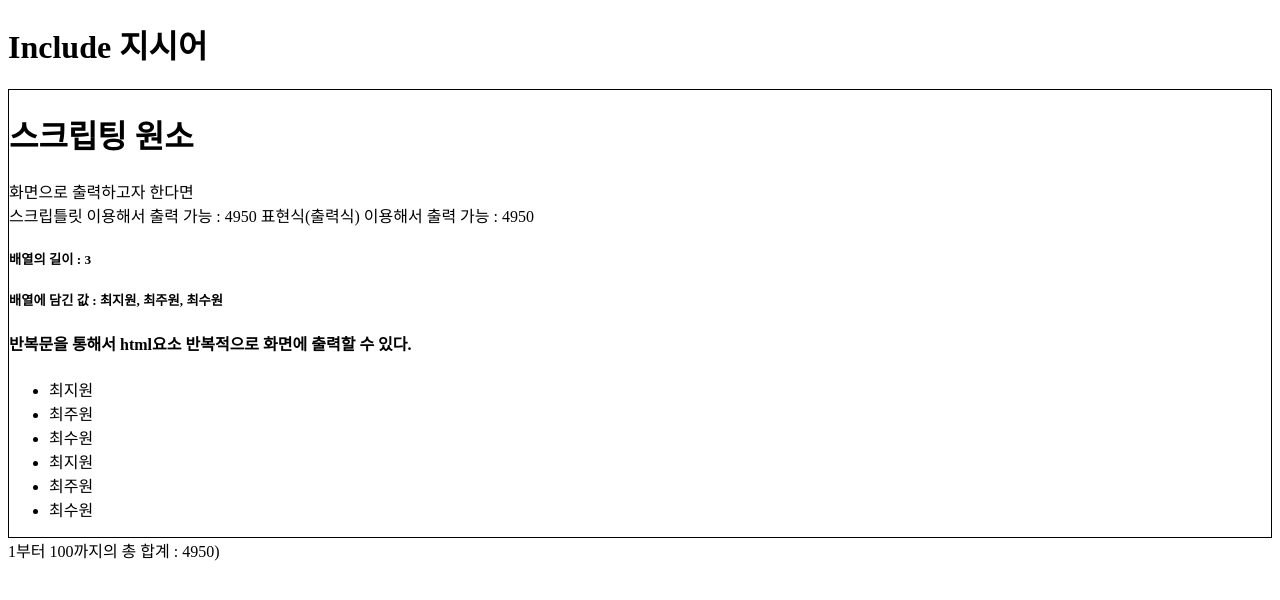
Repository: hyerangbi/Servlet
Page: http://localhost/JSP/views/03_directiveInclude.jsp
An editor plug-in stored every save of this project. The page is shown before and after the next save, followed by the edit.
The browser window is 1280 px wide. The pictures show the whole page.
The page is served by Tomcat 10. Other server files are loaded and not shown.

Above is the page before, as saved 2024-09-10 02:48:24.

### 7_JSP/JSP/src/main/webapp/views/03_directiveInclude.jsp
<%@ page language="java" contentType="text/html; charset=UTF-8"
    pageEncoding="UTF-8"%>
<!DOCTYPE html>
<html>
<head>
<meta charset="UTF-8">
<title>Insert title here</title>
</head>
<body>
	<h1>Include 지시어</h1>
	<div style="border:1px solid black">
		<%@ include file = "01_ScriptingElement.jsp" %>
	</div>

	1부터 100까지의 총 합계 : <%=sum %>)
</body>
</html>

### 7_JSP/JSP/src/main/webapp/views/01_ScriptingElement.jsp
<%@ page language="java" contentType="text/html; charset=UTF-8"
    pageEncoding="UTF-8"%>
<!DOCTYPE html>
<html>
<head>
<meta charset="UTF-8">
<title>Insert title here</title>
</head>
<body>
	<h1> 스크립팅 원소</h1>

	<!-- HTML 주석 : 개발자도구 탭에 노출된다. -->
	<%-- JSP 주석 : 개발자도구 탭에 노출이 되지 않는다. --%>

	<%
		// 스크립틀릿 : 해당 영역에 일반적인 자바코드를 작성(변수 선언 및 초기화, 제어문 등)
		int sum = 0;
		for(int i=0; i<100; i++){
			sum+= i;
		}
	%>

	<p>
		화면으로 출력하고자 한다면 <br>
		스크립틀릿 이용해서 출력 가능 : <% out.println(sum); %>
		표현식(출력식) 이용해서 출력 가능 : <%=sum %>
	</p>

	<%
		String[] nameArr = {"최지원", "최주원", "최수원"};
	%>

	<h5> 배열의 길이 : <%=nameArr.length %></h5>
	<h5> 배열에 담긴 값 : <%=String.join(", ", nameArr) %></h5>

	<h4> 반복문을 통해서 html요소 반복적으로 화면에 출력할 수 있다.</h4>

	<ul>
		<% for(int i=0; i<nameArr.length; i++) { %>
			<li><%=nameArr[i] %></li>
		<% } %>

		<% for(String name : nameArr) { %>
			<li><%=name %></li>
		<% } %>
	</ul>
</body>
</html>

After the next save:
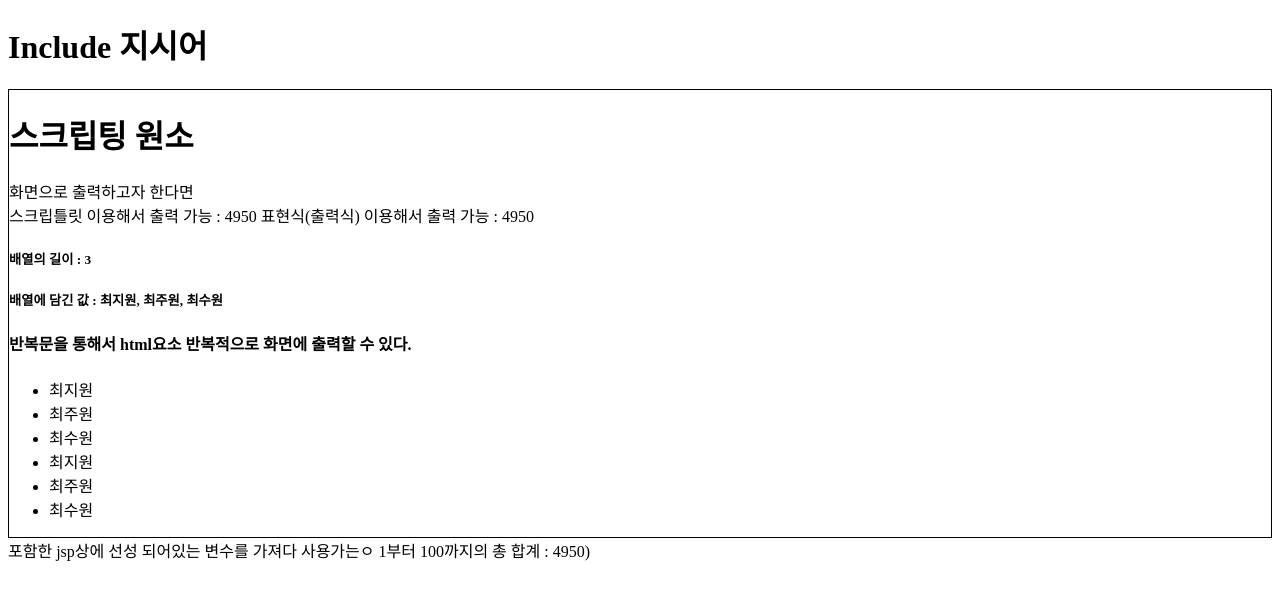
Saved 39 s later.
--- a/7_JSP/JSP/src/main/webapp/views/03_directiveInclude.jsp
+++ b/7_JSP/JSP/src/main/webapp/views/03_directiveInclude.jsp
@@ -12,6 +12,7 @@
 		<%@ include file = "01_ScriptingElement.jsp" %>
 	</div>
 
+	포함한 jsp상에 선성 되어있는 변수를 가져다 사용가는ㅇ
 	1부터 100까지의 총 합계 : <%=sum %>)
 </body>
 </html>
